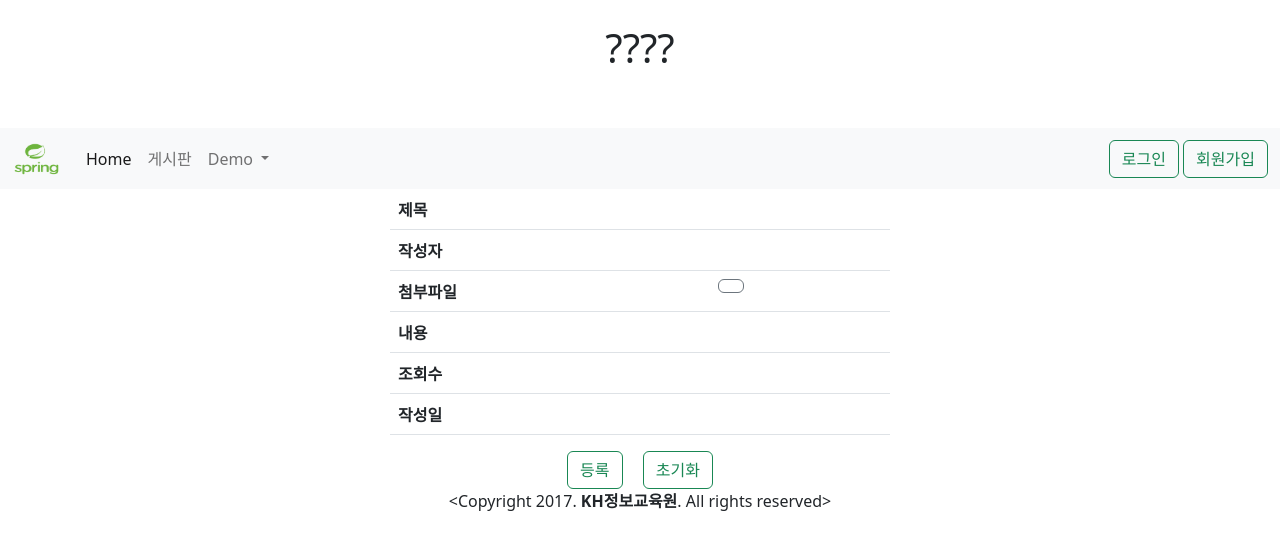
Repository: yerimeee/06_springWork
Page: http://localhost/springProject/WEB-INF/views/board/boardDetail.jsp
An editor plug-in stored every save of this project. The page is shown before and after the next save, followed by the edit.
The browser window is 1280 px wide. The pictures show the whole page.
The page is served by Tomcat 9. Nobody is signed in. The template is opened directly, without the code that normally fills it, so the values that code supplies are empty.

Above is the page before, as saved 2023-06-19 07:13:13.

After the next save:
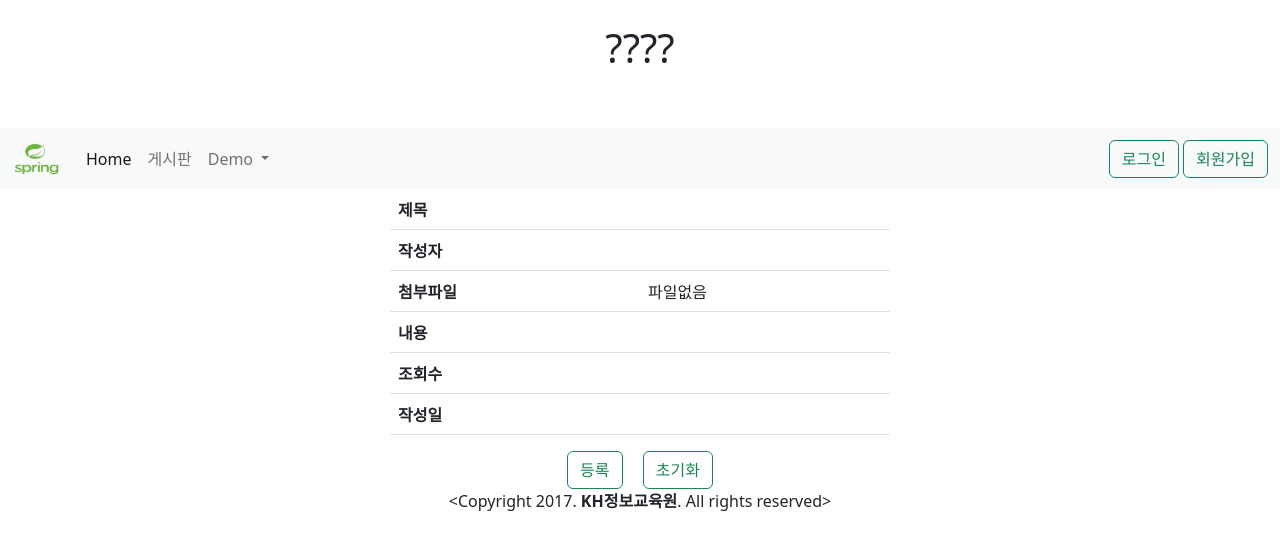
Saved 8 s later.
--- a/springProject/src/main/webapp/WEB-INF/views/board/boardDetail.jsp
+++ b/springProject/src/main/webapp/WEB-INF/views/board/boardDetail.jsp
@@ -31,7 +31,7 @@
 							<button type="button" class="btn btn-outline-secondary">${board.originalFilename }</button>
 						</c:if>
 						<c:if test="${empty board.originalFilename }">
-							<button type="button" class="btn btn-outline-secondary">${board.originalFilename }</button>
+							파일없음
 						</c:if>
 					</td>
 				</tr>
